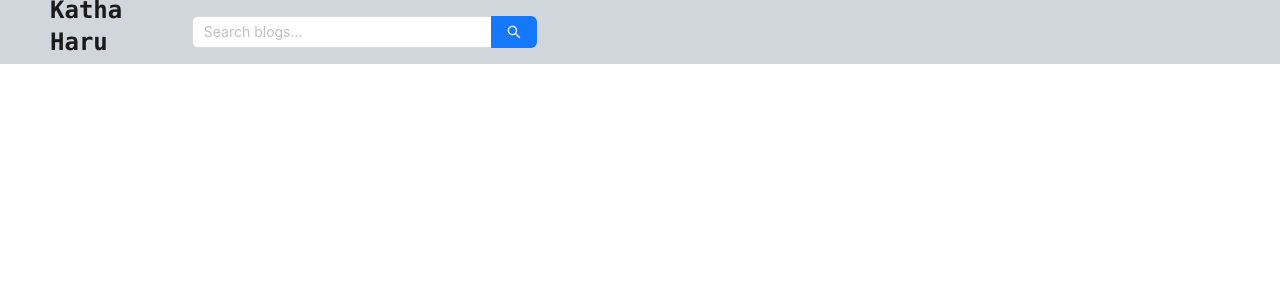
Repository: amich10/Blog_Frontend
Page: /user
The author's editor kept a copy of each file at every save. The page is drawn from the files as they stood at one save, then again after the next save.
The browser window is 1280 px wide. The pictures show the whole page.
The project was rebuilt for these pictures with package versions that can differ from the ones it lists, and the page was loaded fresh each time. Also part of the build but not shown: vite.config.ts, src/pages/category/admin.category.tsx, src/services/user.service.tsx, src/pages/users/admin.user.list.tsx, src/components/input.component.tsx, src/pages/users/admin.adduser.tsx, src/pages/users/admin.user.edit.tsx, src/pages/category/add.category.tsx and 5 more.

Above is the page before, as saved 2025-04-25 12:14:57.

### index.html
<!doctype html>
<html lang="en">
  <head>
    <meta charset="UTF-8" />
    <link rel="icon" type="image/svg+xml" href="/vite.svg" />
    <meta name="viewport" content="width=device-width, initial-scale=1.0" />
    <title>Blog Platform</title>
  </head>
  <body>
    <div id="root"></div>
    <script type="module" src="/src/main.tsx"></script>
  </body>
</html>

### src/main.tsx
import { createRoot } from "react-dom/client";
import React from "react";
import './assets/css/main.css';
import '@ant-design/v5-patch-for-react-19';
import RouterConfig from "./config/router.config";

createRoot(document.getElementById('root')!).render(
  //<React.StrictMode>
    <RouterConfig />
  //</React.StrictMode>

);

### src/config/router.config.tsx
import { RouterProvider } from "react-router";
import { router } from "./routes.config";
import { ToastContainer } from "react-toastify";
import { AuthProvider } from "../context/auth.context";
import { CategoryProvider } from "../context/category context/category.context";

const RouterConfig = () => {
  return (
    <>
      <AuthProvider>
        <CategoryProvider>
        <ToastContainer theme="light" />
        <RouterProvider router={router}></RouterProvider>
        </CategoryProvider>
      </AuthProvider>
    </>
  );
};
export default RouterConfig;

### src/config/routes.config.tsx
import { createBrowserRouter } from "react-router";
import { lazy, Suspense } from "react";
import { Spin } from "antd";
//import ChangePasswordPage from "../pages/change-password after login/change.password";

import CategoryList from "../pages/category/admin.category";
import UserList from "../pages/users/admin.user.list";
import CreateUser from "../pages/users/admin.adduser";
import UserEdit from "../pages/users/admin.user.edit";
import AddCategory from "../pages/category/add.category";
import EditCategory from "../pages/category/edit.category";
import PostList from "../posts/posts.list";
import CreatePost from "../posts/post.create";
import EditPost from "../posts/edit.post";
import UserHomePage from "../pages/user role/home page/user.home.page";
const RegisterPage = lazy(() => import("../pages/auth/register/register.page"))
const HomePage = lazy(() => import("../pages/home/home.page"));
const ForgetPasswordPage = lazy(() => import("../pages/auth/forget-password/forget-password"));
const ActivateAccountPage = lazy(() => import("../pages/auth/activate-account/ativate-account"));
const ResetPasswordPage = lazy(() => import("../pages/auth/forget-password/reset-password"));
const AdminPannelPage = lazy(() => import("../pages/admin/admin.pannel"));

export const router = createBrowserRouter([
    {
      path: "/",
      element: (
        <Suspense fallback={<Spin fullscreen tip="Loading...." size="default" />}>
          <HomePage />
        </Suspense>
      ),
    },
    {
      path: "/register",
      element: <RegisterPage />,
    },
    {
      path: "/forget-password",
      element: <ForgetPasswordPage />,
    },
    {
      path: "activate/:activationToken",
      element: <ActivateAccountPage />,
    },
    {
      path: "verify-token/:forgetToken",
      element: (
        <Suspense fallback={<Spin fullscreen tip="Verifying token...." size="large" />}>
          <ResetPasswordPage />
        </Suspense>
      ),
    },
    {
      path: "admin",
      Component:AdminPannelPage,
      children:[
        {
            index:true
        },
        {
          path:'posts',
          Component:PostList
        },
        {
          path:"posts/create",
          Component:CreatePost
        },
        {
          path:"posts/:id",
          Component:EditPost
        },
        {
            path:'category',
            Component:CategoryList
        },
        {
          path:"category/create",
          Component:AddCategory
        },
        {
          path:"category/:id",
          Component:EditCategory
        },
        {
          path:'users',
          Component:UserList
        },
        {
          path:'users/create',
          Component:CreateUser
        },{
          path:"users/:id",
          Component:UserEdit
        },

      ]
    },
    {
      path:'user',
      Component:UserHomePage,
      children:[{
      }]
    }
  ]);

### src/context/auth.context.tsx
import { createContext, ReactNode, SetStateAction, useContext, useEffect, useState, Dispatch } from "react";
import authSvc from "../services/auth.service";
import notifcation, { getLocalStorage, NotificationType, setLocalStorage } from "../utilities/helpers";
import { webStorageConstants } from "../constants/constants";
import { Spin } from "antd";
import { LoadingOutlined } from '@ant-design/icons';

export interface ICredentials {
  username: string;
  password: string;
}

export interface IChildrenProps {
  children: ReactNode;
}

export interface IUserDetails {
  name: string;
  username: string;
  email: string;
  phone: string;
  address: string;
  role: string;
  status: string;
  _id: string;
  image: {
    url: string;
    optimizedUrl: string;
  };
  createdAt: Date;
  bio: string;
}

export interface IAuthContext {
    login: (credentials: ICredentials) => Promise<void>;
    forgetPassword: (data: { email: string }) => Promise<void>;
    userDetails: IUserDetails;
    setUserDetails: Dispatch<SetStateAction<IUserDetails | undefined>>;
  }

  export const AuthContext = createContext<IAuthContext>({
    login: async (_credentials: ICredentials): Promise<void> => {},
    forgetPassword: async (_data: { email: string }): Promise<void> => {},
    userDetails: {} as IUserDetails,
    setUserDetails: () => {},
  });

export const AuthProvider = ({ children }: IChildrenProps) => {
  const [userDetails, setUserDetails] = useState<IUserDetails>();
  const [loading,setLoading] = useState<boolean>(false)

  const getLoggedInUser = async () => {
    try {
      const userInfo = await authSvc.getRequest("auth/me");
      setUserDetails(userInfo.result.data);
      return userInfo.result.data;
    } catch (exception) {
      throw exception
    }
  };

  const LoginFunc = async (credentials: ICredentials) => {
    setLoading(true)
    try {
      const response = await authSvc.postRequest("/auth/login", credentials);
      notifcation(response.result.message, NotificationType.SUCCESS);
      setLocalStorage(webStorageConstants.ACCESS, response.result.data.accessToken);
      setLocalStorage(webStorageConstants.REFRESH, response.result.data.refreshToken);
      return await getLoggedInUser();
    } catch (exception: any) {
      notifcation(exception.response.message, NotificationType.ERROR);
    } finally{
    setLoading(false)
    }
  };

  const forgetPasswordFunc = async (data: { email: string }) => {
    try {
      const response = await authSvc.postRequest("auth/forget-password", data);
      notifcation(response.result.message, NotificationType.SUCCESS);
    } catch (exception: any) {
      const errorMsg = exception.response.message || "Unexpected error occurred. Please try again after some time.";
      notifcation(errorMsg, NotificationType.ERROR);
    }
  };

  //rehydrating state
  useEffect(() => {
    let token = getLocalStorage(webStorageConstants.ACCESS);
    if (token) {
      getLoggedInUser();
    }else{
        setLoading(false)
    }
  }, []);

  return (
    <AuthContext.Provider
      value={{
        login: LoginFunc,
        forgetPassword: forgetPasswordFunc,
        userDetails: userDetails as IUserDetails,
        setUserDetails: setUserDetails,
      }}
    >
      {loading ?  <Spin fullscreen tip="Loading ... " indicator={<LoadingOutlined/>}/> :children}
    </AuthContext.Provider>
  );
};


export const useAuth = () => {
  const { login, forgetPassword, userDetails, setUserDetails } = useContext(AuthContext);
  return {
    login,
    forgetPassword,
    userDetails,
    setUserDetails,
  };
};

### src/context/category context/category.context.tsx
import React, { createContext, useContext, useEffect, useState } from "react";
import { TablePaginationConfig } from "antd";
import { IResponseType } from "../../services/http.service";
import categorySvc from "../../services/category.service";
import notifcation, { NotificationType } from "../../utilities/helpers";
import { useAuth } from "../auth.context";

export interface IResult {
  image: {
    url: string;
    optimizedUrl: string;
  };
  _id: string;
  title: string;
  slug: string;
  parentId: string | null;
  status: string;
  createdBy: any;
  updatedBy: any;
  createdAt: string;
  updatedAt: string;
  __v: number;
}

export interface IQueryProps {
  page?: number;
  limit?: number;
  search?: string | null;
}

interface ICategoryContext {
  data: IResult[];
  loading: boolean;
  pagination: TablePaginationConfig;
  search: string;
  getAllCategory: (params?: IQueryProps) => void;
  setSearch: React.Dispatch<React.SetStateAction<string>>;
  setPagination: React.Dispatch<React.SetStateAction<TablePaginationConfig>>;
}

const CategoryContext = createContext<ICategoryContext | undefined>(undefined);

export const CategoryProvider: React.FC<{ children: React.ReactNode }> = ({ children }) => {
  const [data, setData] = useState<IResult[]>([]);
  const [loading, setLoading] = useState<boolean>(true);
  const [search, setSearch] = useState<string>("");
  const [pagination, setPagination] = useState<TablePaginationConfig>({
    total: 0,
    pageSize: 8,
    current: 1,
  });

  const { userDetails } = useAuth();

  const getAllCategory = async ({
    page = pagination.current,
    limit = pagination.pageSize,
    search = "",
  }: IQueryProps = {}) => {
    try {
      setLoading(true);
      const response: IResponseType = await categorySvc.getRequest("/category/all", {
        params: { page, limit, search },
      });
      setData(response.result.data);
      setPagination((prev) => ({
        ...prev,
        total: response.result.options.total,
        current: page,
        pageSize: limit,
      }));
    } catch (error) {
      notifcation("Could not fetch categories. Try again later.", NotificationType.ERROR);
    } finally {
      setLoading(false);
    }
  };

  useEffect(() => {
    if (userDetails) {
      getAllCategory();
    }
  }, [userDetails]);

  // Debounced search - only after user is authenticated
  useEffect(() => {
    if (userDetails) {
      const timer = setTimeout(() => {
        getAllCategory({ search });
      }, 500);
      return () => clearTimeout(timer);
    }
  }, [search, userDetails]);

  return (
    <CategoryContext.Provider
      value={{
        data,
        loading,
        pagination,
        search,
        getAllCategory,
        setSearch,
        setPagination,
      }}
    >
      {children}
    </CategoryContext.Provider>
  );
};

export const useCategory = (): ICategoryContext => {
  const context = useContext(CategoryContext);
  if (!context) throw new Error("useCategory must be used within a CategoryProvider");
  return context;
};

### src/pages/user role/home page/user.home.page.tsx
import { Layout } from "antd"
import { useState } from "react"
import AdminSideBar from "../../admin/admin.sidebar"
import UserHeader from "./user.header"

const{Header,Sider,Content} = Layout


const UserHomePage = () => {
    const [collapsed,setCollapsed] = useState<boolean>(false)
  return (
    <Layout>
        <Layout>
            <UserHeader/>
            <Content></Content>
        </Layout>
    </Layout>
  )
}

export default UserHomePage

### src/services/auth.service.tsx
import HttpService from "./http.service";

class AuthService extends HttpService {

}
const authSvc = new AuthService()
export default authSvc;

### src/utilities/helpers.tsx
import { toast } from "react-toastify"
export enum NotificationType {
    SUCCESS = "success",
    ERROR = "error",
    WARNING = "warning",
    INFO = "info"
}
const notifcation = (msg: string, type: NotificationType) => {
    if (type === NotificationType.SUCCESS) {
        toast.success(msg)
    } else if (type === NotificationType.ERROR) {
        toast.error(msg)
    } else if (type === NotificationType.WARNING) {
        toast.warning(msg)
    } else if (type === NotificationType.INFO) {
        toast.info(msg)
    } else {
        toast(msg)
    }
}
export default notifcation;



//webStorage:LocalStorage
//set localStorage
export const setLocalStorage = (name: string, value: string) => {
    localStorage.setItem(name, value)
}
//get localStorage
export const getLocalStorage = (name: string) => {
    return localStorage.getItem(name)
}
//remove localStorage
export const removeLocalStorage = (name: string) => {
    return localStorage.removeItem(name)
}
//remove all data from LocalStorage
export const cleanLocalStorage = () => {
    return localStorage.clear()
}

### src/constants/constants.tsx
export const webStorageConstants = {
        ACCESS:"access",
        REFRESH:"refresh"
}

### src/services/category.service.tsx
import HttpService from "./http.service";

class CategoryService extends HttpService {

}

const categorySVc = new CategoryService()
export default categorySVc;

### src/pages/user role/home page/user.header.tsx

import { Input, Layout, Typography } from 'antd';



const UserHeader = () => {

  return (
    <>
    <Layout.Header className=' flex bg-gray-300! '>
        <div className='flex justify-center items-center'>
          <Typography.Title level={3} className='font-mono! w-50'>Katha Haru</Typography.Title>
          <Input.Search placeholder="Search blogs..." enterButton />
        </div>

    </Layout.Header>
    </>
  )
}
export default UserHeader;

### src/services/http.service.ts
import axiosInstance from "../config/axios.config";

export interface IResult {
    data?: Array<Record<string, any>> | Record<string, any> | null | any, //Record<string, any> for an object with string keys and any values.
    message: string,
    error?: any,
    options: any,
    status: string,
}

export interface IResponseType {
    result: IResult
    status: number
}

abstract class HttpService {
    #headers: Record<string, string> = {} //object
    #params: Record<string, string> = {}
    #config: any = {} //final axios config

    #setConfig(config: any) {
        this.#headers = {
            ...this.#headers,
            "Content-Type": "application/json"
        };

        if (config.file || config.files) {
            this.#headers["Content-Type"] = "multipart/form-data";
        }


        if (config.params) {
            this.#params = config.params;
        }

        this.#config = {
            headers: this.#headers,
            params: this.#params
        };
    }

    getRequest = async (url: string, config: any = {}): Promise<IResponseType> => {
        try {
            this.#setConfig(config);
            let { data: responseData, status } = await axiosInstance.get(url, this.#config);
            return {
                result: responseData,
                status: status
            };
        } catch (exception: any) {
            throw {
                response: exception?.response?.data,
                status: exception?.response?.status
            };
        }
    };

    postRequest = async (url: string, data: any, config: any = {}): Promise<IResponseType> => {
        try {
            this.#setConfig(config);
            let { data: responseData, status } = await axiosInstance.post(url, data, this.#config);
            return {
                result: responseData,
                status: status
            };
        } catch (exception: any) {
            throw {
                response: exception?.response?.data,
                status: exception?.response?.status
            };
        }
    };

    patchRequest = async (url: string, data: any, config: any = {}): Promise<IResponseType> => {
        try {
            this.#setConfig(config); //sets headers and params
            let { data: responseData, status } = await axiosInstance.patch(url, data, this.#config);
            return {
                result: responseData,
                status: status
            };
        } catch (exception: any) {
            throw {
                response: exception?.response?.data,
                status: exception?.response?.status
            };
        }
    };

    deleteRequest = async (url: string, config: any = {}): Promise<IResponseType> => {
        try {
            this.#setConfig(config);
            let { data: responseData, status } = await axiosInstance.delete(url, this.#config);
            return {
                result: responseData,
                status: status
            };
        } catch (exception: any) {
            throw {
                response: exception?.response?.data,
                status: exception?.response?.status
            };
        }
    };
}

export default HttpService;

### src/config/axios.config.tsx
import axios from "axios"
import { getLocalStorage } from "../utilities/helpers";
import { webStorageConstants } from "../constants/constants";


const axiosInstance = axios.create({
    baseURL:import.meta.env.VITE_API_URL,
    timeout: 30000, //in millisec = 30 sec
    timeoutErrorMessage:"Request time out",
    responseEncoding:"utf-8",
    responseType:"json",
})


axiosInstance.interceptors.request.use((config) =>{
    let token = getLocalStorage(webStorageConstants.ACCESS)
    if(token){
        config.headers.Authorization = `Bearer ${token}`
    }
    return config;
})


export default axiosInstance;

Loaded but not shown: src/assets/css/main.css (common file)

After the next save:
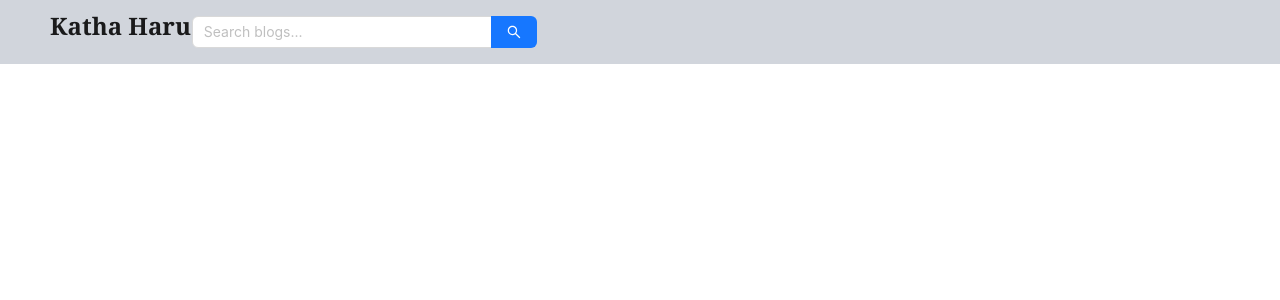
Saved 6 s later.
--- a/src/pages/user role/home page/user.header.tsx
+++ b/src/pages/user role/home page/user.header.tsx
@@ -9,7 +9,7 @@
     <>
     <Layout.Header className=' flex bg-gray-300! '>
         <div className='flex justify-center items-center'>
-          <Typography.Title level={3} className='font-mono! w-50'>Katha Haru</Typography.Title>
+          <Typography.Title level={3} className='font-serif! w-50'>Katha Haru</Typography.Title>
           <Input.Search placeholder="Search blogs..." enterButton />
         </div>
 
